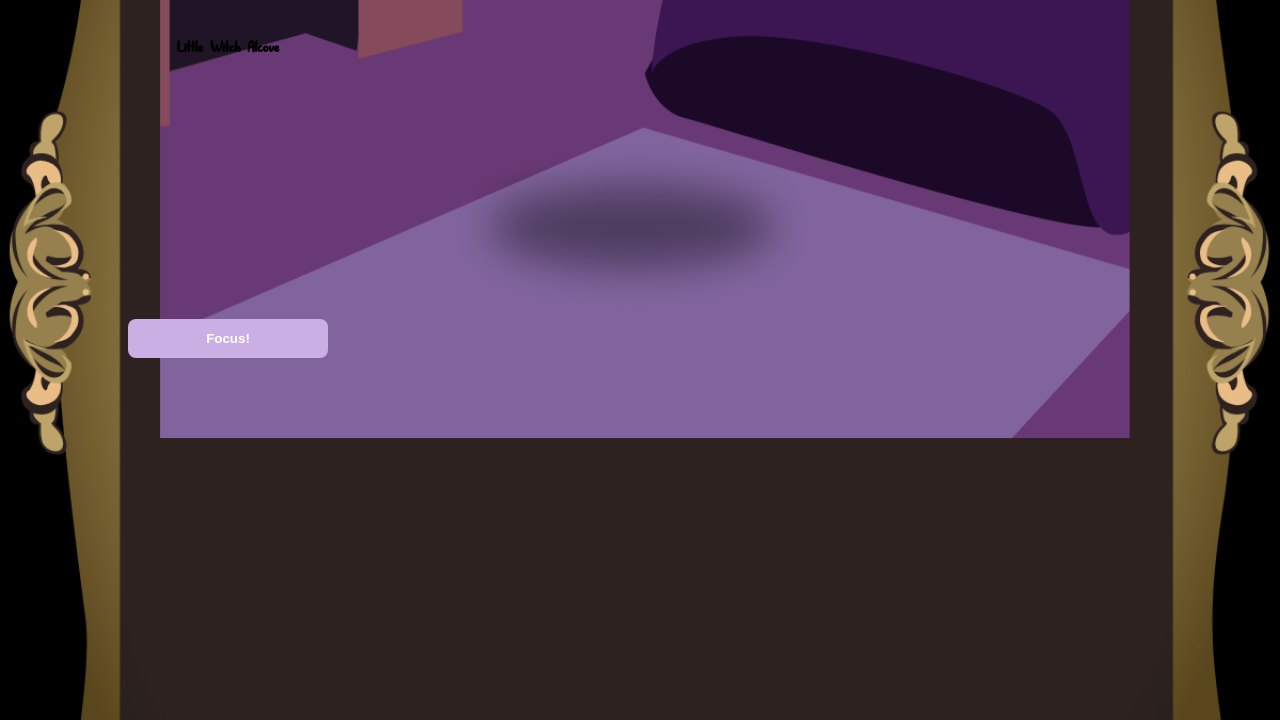
Repository: zhangolivia7/Little-Witch-Alcove
Page: popup.html
The author's editor kept a copy of each file at every save. The page is drawn from the files as they stood at one save, then again after the next save.
The browser window is 1280 px wide. The pictures show the whole page.

Above is the page before, as saved 2025-11-15 16:04:49.

### popup.html
<!DOCTYPE html>
<html>
  <head>
    <title>Little Witch Alcove</title>
    <link rel="stylesheet" href="popup.css">
  </head>
  <body>
    <h1>Little Witch Alcove</h1>
    <button id="focus-btn">Focus!</button>

    <script src="popup.js"></script>
  </body>
</html>

### popup.css
@font-face {
    font-family: 'QuiteMagical';
    src: url('Assets/Font/QuiteMagicalRegular.ttf');
}

body {
    width: 400px;
    height: 500px;
    background-image: url('Assets/No UI.png');
    background-repeat: no-repeat;
    background-position: center center;
    background-size: cover;
    background-color: black;
    padding: 20px;
    font-family: 'QuiteMagical';
  }

  h1 {
    font-family: 'QuiteMagical';
    font-size: 18px;
    text-align: center;
  }

  #focus-btn {
    width: 50%;
    margin-left: 25%;
    margin-top: 250px;
    padding: 12px;
    border-radius: 8px;
    background: #CAAFE5;
    color: white;
    font-weight: bold;
    border: none;
    cursor: pointer;
  }

### popup.js
document.getElementById("focus-btn").addEventListener("click", () => {
    alert("Hex of Concentration activated! 🔮");
  });

After the next save:
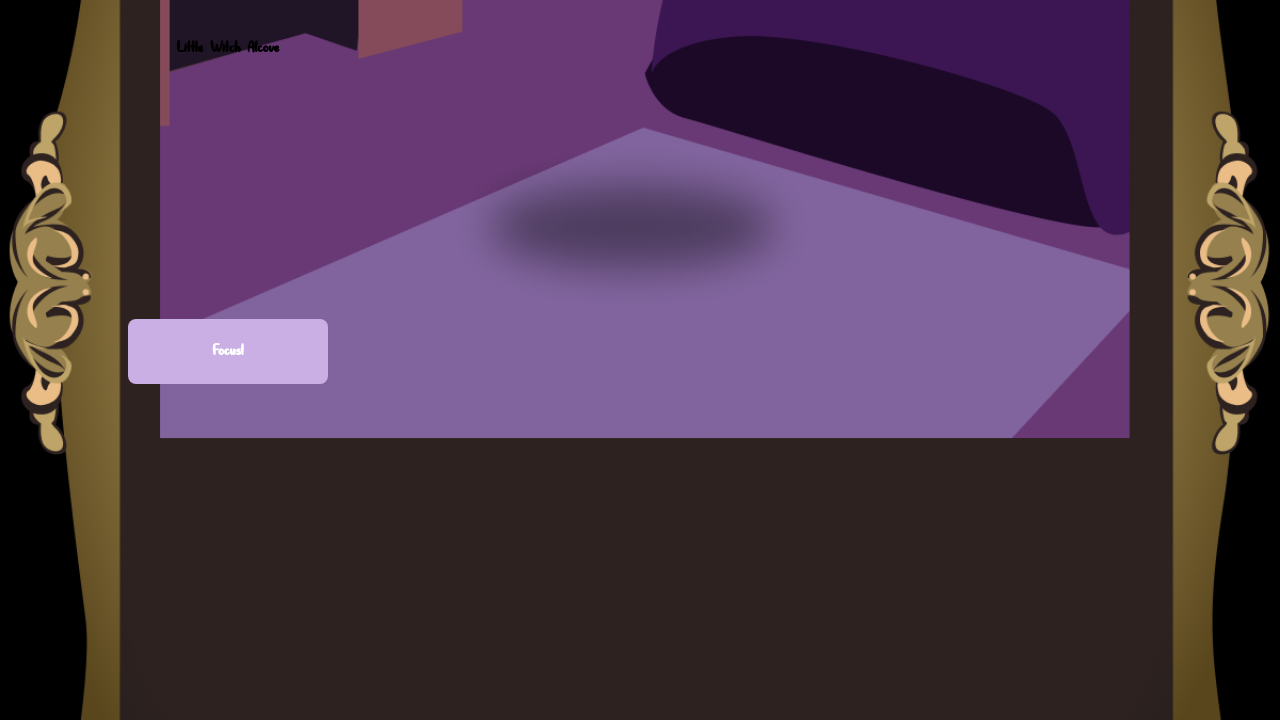
Saved 20 s later.
--- a/popup.html
+++ b/popup.html
@@ -6,7 +6,7 @@
   </head>
   <body>
     <h1>Little Witch Alcove</h1>
-    <button id="focus-btn">Focus!</button>
+    <button id="focus-btn"><h1>Focus!</h1></button>
 
     <script src="popup.js"></script>
   </body>
